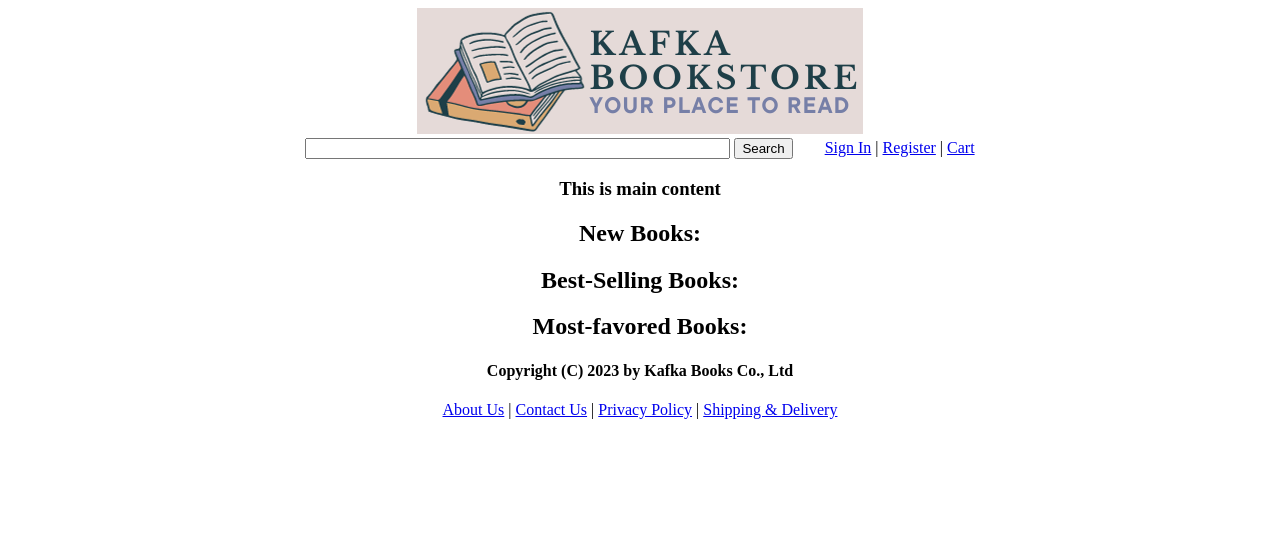
Repository: janvi2502/BookStore
Page: http://localhost/BookStoreWebsite/
An editor plug-in stored every save of this project. The page is shown before and after the next save, followed by the edit.
The browser window is 1280 px wide. The pictures show the whole page.
The page is served by Tomcat 10. Other server files are loaded and not shown.

Above is the page before, as saved 2023-10-19 08:28:38.

### BookStoreWebsite/WebContent/frontend/index.jsp
<%@ page language="java" contentType="text/html; charset=UTF-8"
    pageEncoding="UTF-8"%>
<!DOCTYPE html>
<html>
<head>
<meta charset="UTF-8">
<title>Kafka Books - Online Book Store</title>
</head>
<body>
	<jsp:directive.include file="header.jsp" />

	<div align="center">
		<h3>This is main content</h3>
		<h2>New Books:</h2>
		<h2>Best-Selling Books:</h2>
		<h2>Most-favored Books:</h2>
	</div>

	<jsp:directive.include file="footer.jsp" />
</body>
</html>

### BookStoreWebsite/WebContent/frontend/header.jsp
<div align="center">
	<div>
		<img src="images/kafka.png" />
	</div>

	<div>
		<input type="text" name="keyword" size="50" />
		<input type="button" value="Search"/>
		&nbsp;&nbsp;&nbsp;&nbsp;&nbsp;&nbsp;
		<a href="login">Sign In</a> |
		<a href="register">Register</a> |
		<a href="view_cart">Cart</a>

	</div>


</div>

### BookStoreWebsite/WebContent/frontend/footer.jsp
<div align="center">
		<h4>Copyright (C) 2023 by Kafka Books Co., Ltd</h4>
		<a href="about">About Us</a> |
		<a href="contact">Contact Us</a> |
		<a href="policy">Privacy Policy</a> |
		<a href="shipping">Shipping & Delivery</a>
</div>

### BookStoreWebsite/src/com/bookstore/controller/frontend/HomeServlet.java
package com.bookstore.controller.frontend;

import java.io.IOException;

import jakarta.servlet.RequestDispatcher;
import jakarta.servlet.ServletException;
import jakarta.servlet.annotation.WebServlet;
import jakarta.servlet.http.HttpServlet;
import jakarta.servlet.http.HttpServletRequest;
import jakarta.servlet.http.HttpServletResponse;

@WebServlet("")
public class HomeServlet extends HttpServlet {
	private static final long serialVersionUID = 1L;

	public HomeServlet() {
		super();
	}

	protected void doGet(HttpServletRequest request, HttpServletResponse response) throws ServletException, IOException {
		String homepage = "frontend/index.jsp";
		RequestDispatcher dispatcher = request.getRequestDispatcher(homepage);
		dispatcher.forward(request, response);
	}


}

After the next save:
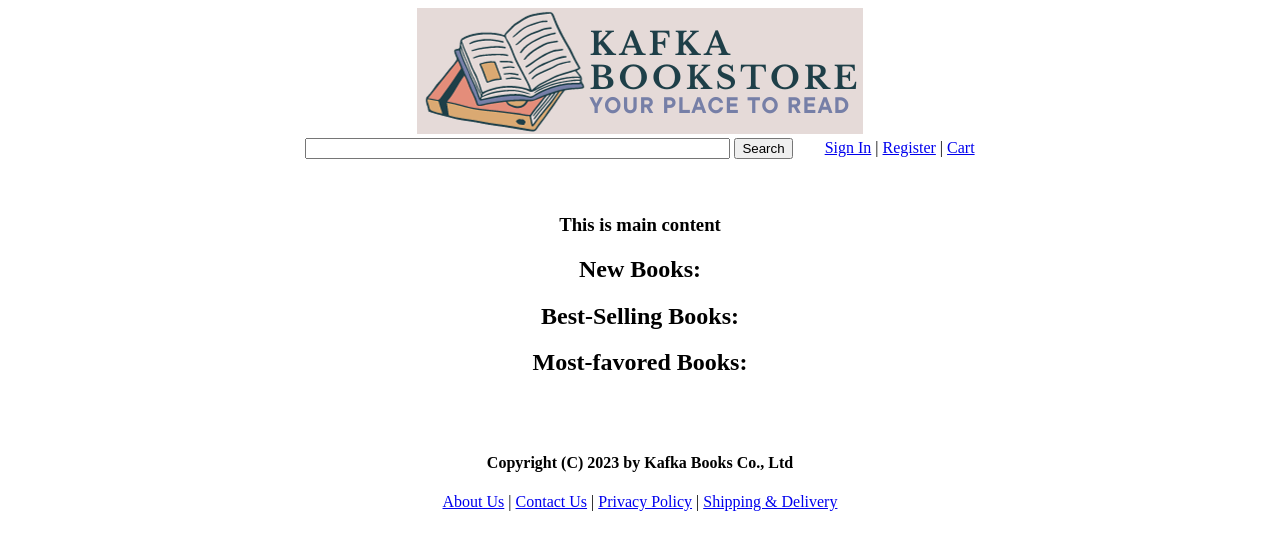
Saved 56 s later.
--- a/BookStoreWebsite/WebContent/frontend/index.jsp
+++ b/BookStoreWebsite/WebContent/frontend/index.jsp
@@ -10,10 +10,13 @@
 	<jsp:directive.include file="header.jsp" />
 
 	<div align="center">
+	<br/> <br/>
 		<h3>This is main content</h3>
 		<h2>New Books:</h2>
 		<h2>Best-Selling Books:</h2>
 		<h2>Most-favored Books:</h2>
+			<br/> <br/>
+
 	</div>
 
 	<jsp:directive.include file="footer.jsp" />
